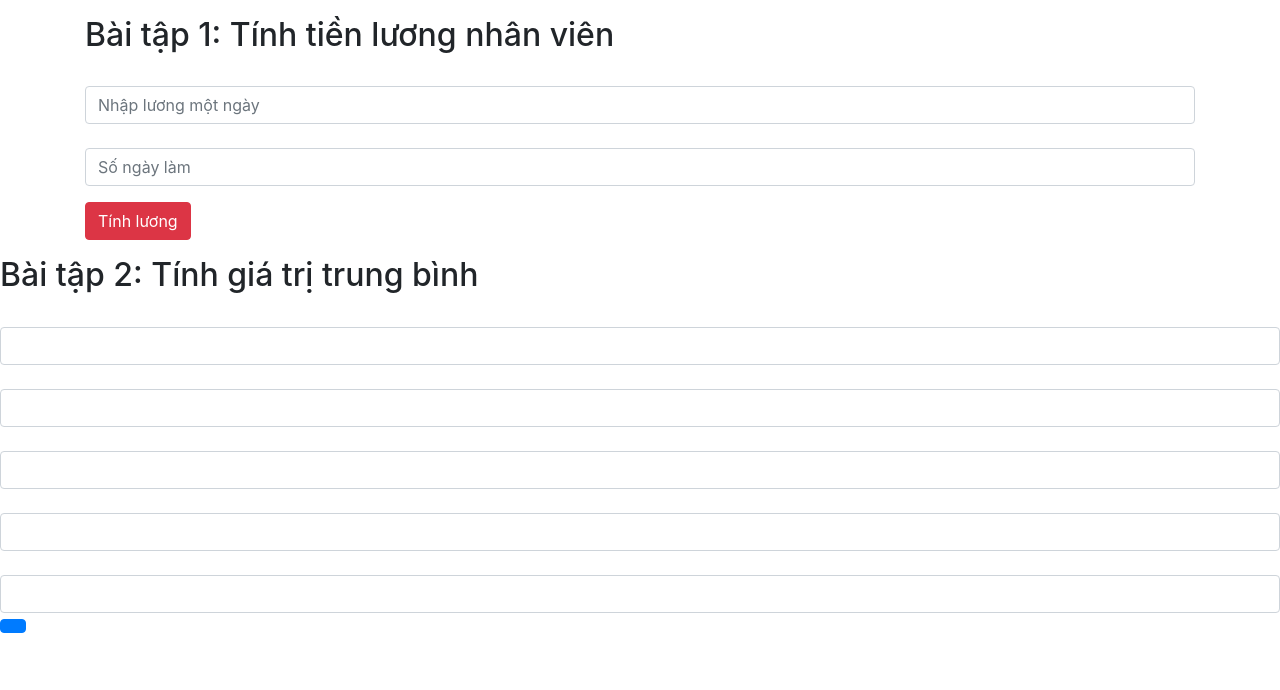
Repository: thanhfrankie/BC10-LeMinhThanh-Js-b2-3
Page: index.html
The author's editor kept a copy of each file at every save. The page is drawn from the files as they stood at one save, then again after the next save.
The browser window is 1280 px wide. The pictures show the whole page.

Above is the page before, as saved 2023-12-15 15:26:31.

After the next save:
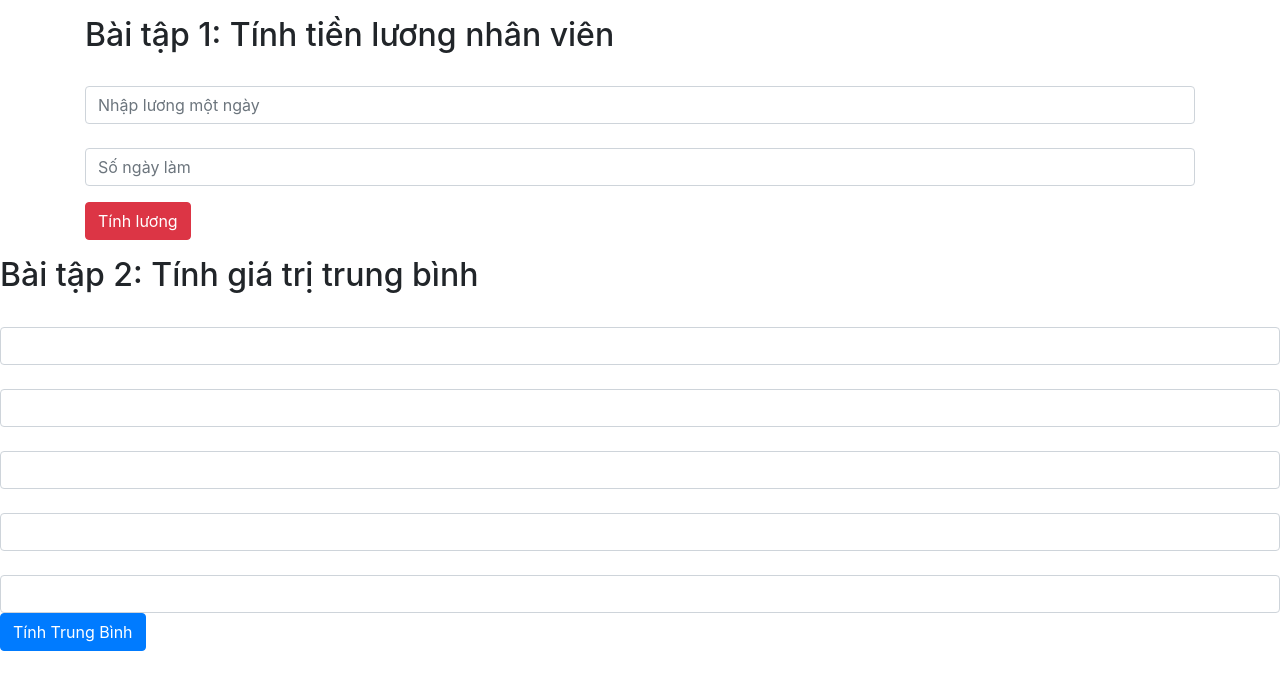
Saved 8 s later.
--- a/index.html
+++ b/index.html
@@ -67,7 +67,7 @@
       <label for=""></label>
       <input type="text"
         class="form-control" name="" id="" aria-describedby="helpId" placeholder="">
-      <button type="button" onclick="tinhTrungBinh()" class="btn btn-primary"></button>
+      <button type="button" onclick="tinhTrungBinh()" class="btn btn-primary">Tính Trung Bình</button>
     </div>
     <!-- Optional JavaScript -->
     <!-- jQuery first, then Popper.js, then Bootstrap JS -->
